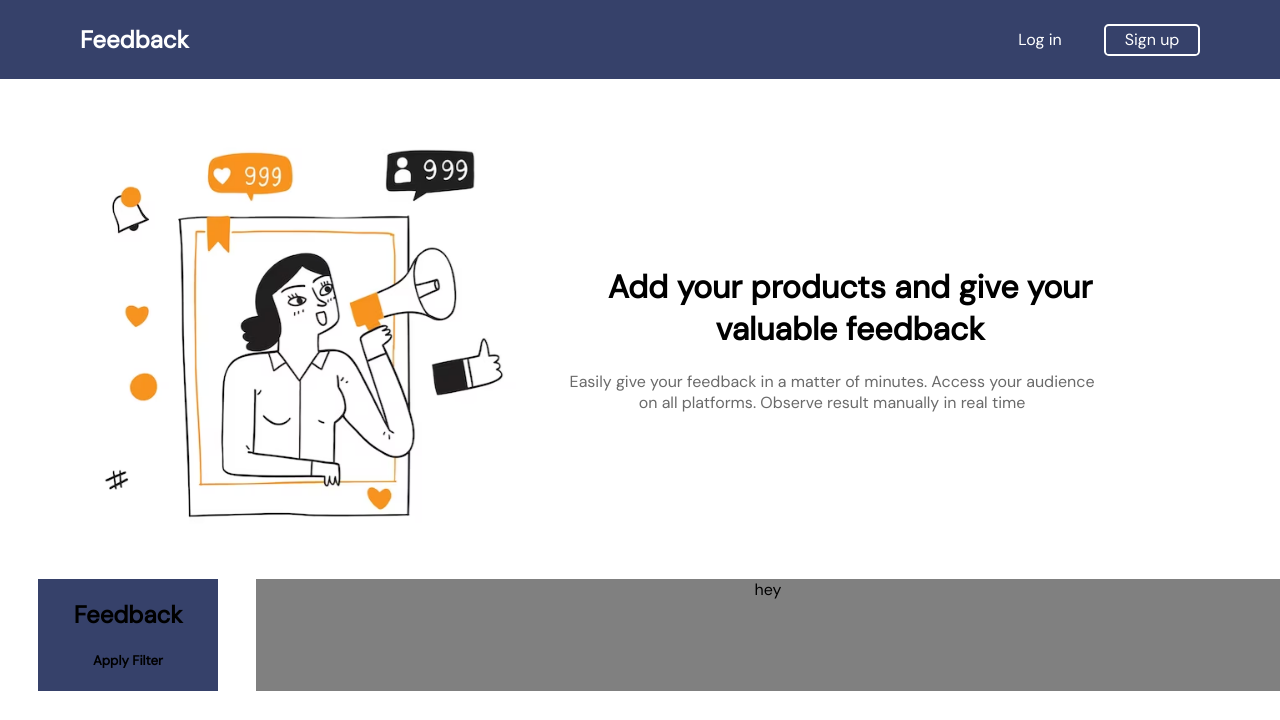
Repository: drumsmanku/final-evaluation-test
Page: / (app in client/)
An editor plug-in stored every save of this project. The page is shown before and after the next save, followed by the edit.
The browser window is 1280 px wide. The pictures show the whole page.
The page's requests for data from a server got no answer. The project was rebuilt for these pictures with package versions that can differ from the ones it lists, and the page was loaded fresh each time. No one was signed in, and anything a server would have sent is missing.

Above is the page before, as saved 2023-07-28 13:52:56.

### client/src/App.js
import './App.css';
import { BrowserRouter as Router, Route, Routes} from 'react-router-dom';
import MainPage from './Components/MainPage';
function App() {
  return (
    <div className="App">
      <Router>
        <Routes>
          <Route path='/' element={<MainPage/>}/>


        </Routes>
      </Router>
    </div>
  );
}

export default App;

### client/src/Components/MainPage.js
import React, {useState, useEffect} from 'react';
import '../CSS/MainPage.css';
import profile from'../Assets/profilepic.webp';
import img1 from '../Assets/frontphoto.png';
import axios from 'axios';

function MainPage() {
  const [categorySet, setCategorySet]=useState([])
  const [isLoggedIn, setIsLoggedIn]=useState(false);
  const [products, setProdcts]=useState([])
  useEffect(()=>{
    const User=localStorage.getItem('user');
    if(User){
      setIsLoggedIn(true);
    }

  }, []);
  const handleLogout=()=>{
    localStorage.removeItem('user');
    setIsLoggedIn(false);
  }
  const handleCategoryClick=(event)=>{
    const currentCat=event.target.value;
    if(!categorySet.includes(currentCat)){
      setCategorySet([...categorySet, event.target.value]);
    }
    else{
      setCategorySet(categorySet.filter(cat=>cat!=currentCat))
    }

  }

  useEffect(()=>{
    const category=categorySet
    axios.get(`http://localhost/4000/get-prods/category=${category.join(',')}`)
    .then((res)=>{setProdcts(res.data.products)})
    .catch(err=>console.log(err))

  }, [categorySet])

  return (
    <div className='main-container'>
      <div className="main-top-container">
        <div className='navbar' >
          <div style={{display:'flex',width:'100%', justifyContent:' space-between', alignItems:'center',}}>
          <h3 style={{marginLeft:'5rem', color:'white', fontSize:'1.5rem'}}>Feedback</h3>
          <div style={{display:'flex', marginRight:'5rem'}}>
              {isLoggedIn ? (
                <>
                  <button style={{background:'none', fontSize:'large', border:'none', fontFamily:'DM Sans', color:'white'}} onClick={handleLogout}>Logout</button>
                  <span style={{color:'white', fontFamily:'DM Sans', fontSize:'large', display:'flex', alignItems:'center', marginLeft:'1rem'}}>Hello!</span>
                  <img src={profile} alt="" height={50} width={50} style={{borderRadius:'100%', marginLeft:'1rem'}} />
                </>
              ) : (
                <>
                  <button className='btn-main-page-login' type='submit'  >Log in</button>
                  <button type='submit'  className='btn-main-page-register' >Sign up</button>
                </>
              )}
            </div>
          </div>
        </div>
        <div className="title-desc">
          <img src={img1} alt="" height={500} style={{marginLeft:'3rem'}}/>
          <div style={{display:'flex', flexDirection:'column', marginLeft:'2rem'}}>
              <h1 style={{maxWidth:'80%'}}> Add your products and give your valuable feedback</h1>
              <span style={{maxWidth:'75%', color:'#6A6A6A'}}>Easily give your feedback in a matter of minutes. Access your audience on all platforms. Observe result manually in real time</span>
          </div>
        </div>
      </div>
      <div className="main-bottom-container">
        <div className="bottom-left">
          <article style={{backgroundColor:'#36416A', width:'70%'}}>
            <h2>Feedback</h2>
            <h5>Apply Filter</h5>
          </article>
        </div>
        <div className="bottom-right">
          hey
        </div>
      </div>
    </div>
  )
}

export default MainPage

### client/src/CSS/MainPage.css
@import url('https://fonts.googleapis.com/css2?family=DM+Sans&display=swap');

body{
  font-family: 'DM Sans';
}
.main-container{
  height: 100vh;
  width: 100vw;
  display: flex;
  flex-direction: column;

}
.main-top-container{
  width: 100%;
}
.btn-main-page-login{
  height: 2rem;
  width: 6rem;
  font-weight: 500;
  font-size: medium ;
  background: none;
  border: none;
  border-radius: 0.3rem;
  margin-left: 1rem;
  margin-bottom:0;
  color: white;
  font-family: 'DM Sans';
  cursor: pointer;
}
.btn-main-page-register{
  height: 2rem;
  width: 6rem;
  font-size: medium;
  font-weight: 500;
  background-color: #36416A;
  border: 2px solid white;
  border-radius: 0.3rem;
  margin-left: 1rem;
  margin-bottom:0;
  color: white;
  font-family: 'DM Sans';
  cursor: pointer;
}
.navbar{
  width: 100%;
  background-color: #36416A;
}
.title-desc{
  width: 100%;
  display: flex;
  align-items: center;
  justify-content: space-around;

}
.bottom-left{
  width: 20%;
  display: flex;
  flex-direction: column;
  align-items: center;

}
.bottom-right{
  width: 80%;
  background-color: gray;
}
.main-bottom-container{
  width:100%;
  display: flex;
}

Loaded but not shown: client/public/index.html (common file); client/src/index.js (common file); client/src/index.css (common file); client/src/App.css (common file)

After the next save:
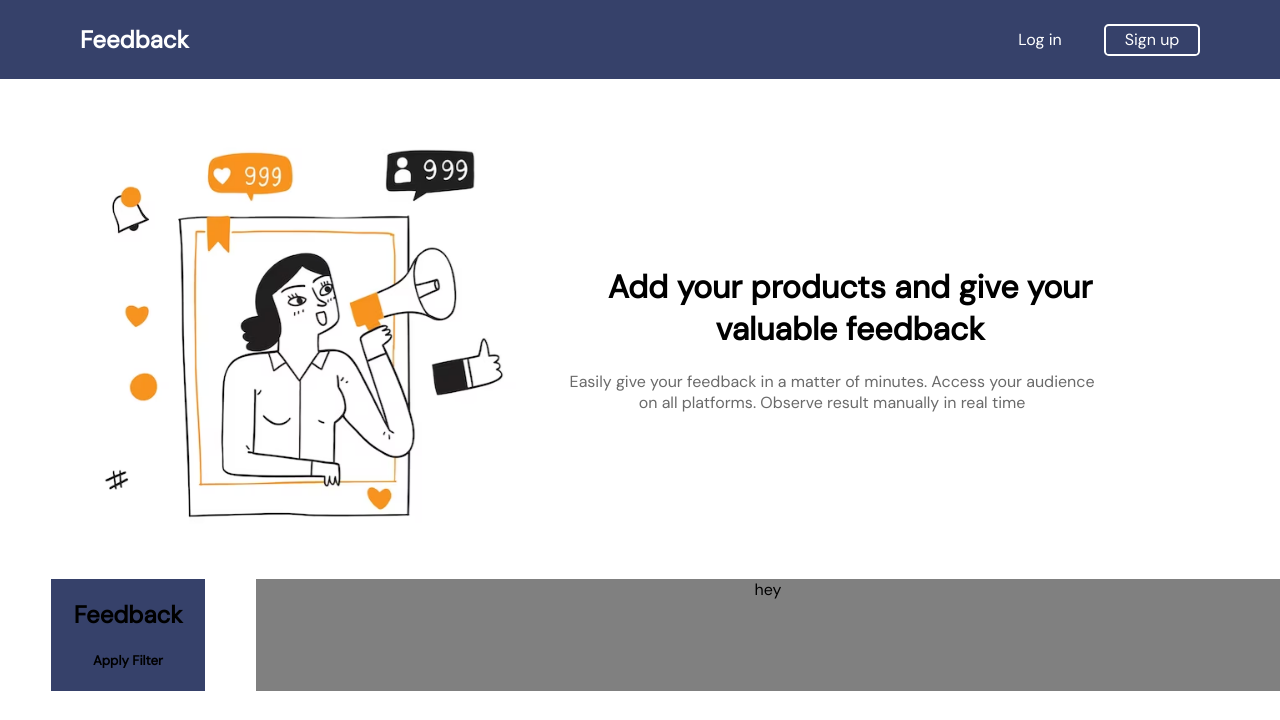
Saved 14 s later.
--- a/client/src/Components/MainPage.js
+++ b/client/src/Components/MainPage.js
@@ -70,7 +70,7 @@ function MainPage() {
       </div>
       <div className="main-bottom-container">
         <div className="bottom-left">
-          <article style={{backgroundColor:'#36416A', width:'70%'}}>
+          <article style={{backgroundColor:'#36416A', width:'60%'}}>
             <h2>Feedback</h2>
             <h5>Apply Filter</h5>
           </article>
